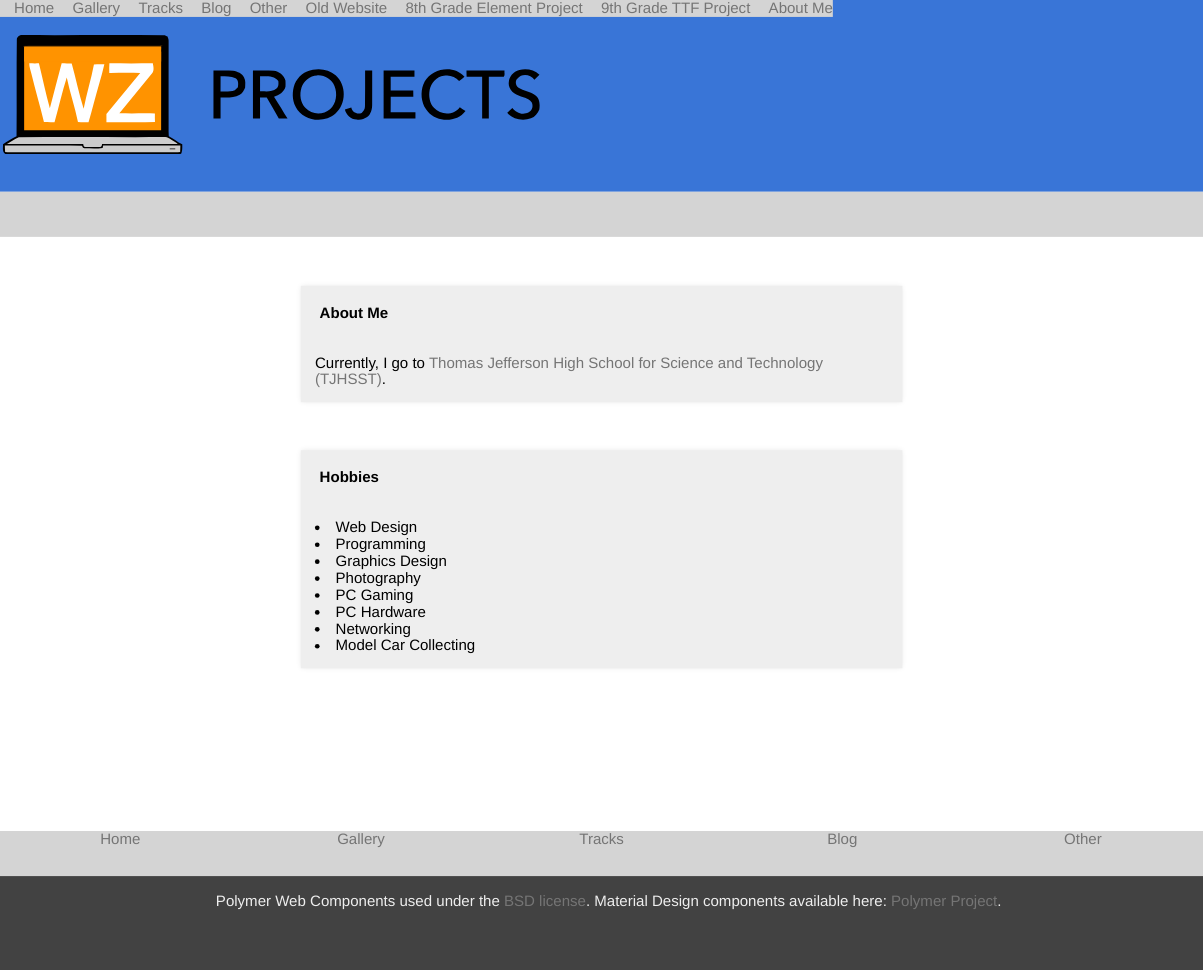
Repository: willzhang05/willzhang05.github.io-old
Page: about.html
The author's editor kept a record of every edit. The page is drawn from the files as they stood at one moment, then again after the next edit.
The browser window is 1280 px wide. The pictures show the whole page, at 94% of full size.

Above is the page before.

### about.html
<!DOCTYPE html>
<html>
	<head>
		<meta property="og:image" content="images/WZProjectslogo-vector.svg"/>
		<meta property="og:image:secure_url" content="images/WZProjectslogo-vector.svg"/>
		<meta charset="UTF-8">
		<meta name="description" content="William Zhang Projects">
		<meta name="author" content="William Zhang">
		<meta name=viewport content="width=device-width, initial-scale=1">
		<link rel="icon" type="image/png" href="images/favicon-image.png">
		<link rel="stylesheet" href="main-style.css">
		<link rel="import" href="bower_components/polymer/polymer.html">
		<link rel="import" href="bower_components/paper-ripple/paper-ripple.html">
		<link rel="import" href="bower_components/core-icons/core-icons.html">
		<link rel="import" href="bower_components/font-roboto/roboto.html">
		<link rel="import" href="bower_components/core-icon-button/core-icon-button.html">
		<link rel="import" href="bower_components/core-drawer-panel/core-drawer-panel.html">
		<link rel="import" href="bower_components/paper-elements/paper-elements.html">
		<link rel="import" href="bower_components/core-menu/core-menu.html">
		<link rel="import" href="bower_components/paper-shadow/paper-shadow.html">
	</head>
	<title>
		About - WZProjects
	</title>
	<body>
		<core-drawer-panel responsiveWidth="1920px">
			<div id="drawer" drawer>
				<paper-item>
					<a class="links" href="http://willzhang05.github.io">
						Home
					</a>
				</paper-item>
				<paper-item>
					<a class="links" href="http://willzhang05.github.io/gallery">
						Gallery
					</a>
				</paper-item>
				<paper-item>
					<a class="links" href="http://willzhang05.github.io/tracks">
						Tracks
					</a>
				</paper-item>
				<paper-item>
					<a class="links" href="http://thewiztechblog.blogspot.com/">
						Blog
					</a>
				</paper-item>
				<paper-item>
					<a class="links" href="http://willzhang05.github.io/other">
						Other
					</a>
				</paper-item>
				<paper-item>
					<a class="links" href="http://williamzhangprojects.weebly.com/">
						Old Website
					</a>
				</paper-item>
				<paper-item>
					<a class="links" href="http://aluminumelementresearchproject.weebly.com/">
						8th Grade Element Project
					</a>
				</paper-item>
				<paper-item>
					<a class="links" href="http://willzhang05.github.io/bower_components/impress.js/">
						9th Grade TTF Project
					</a>
				</paper-item>
				<paper-item>
					<a class="links" href="http://willzhang05.github.io/about">
						About Me
					</a>
				</paper-item>
	        </div>
			<div id="wrapper" main>
				<paper-shadow>
					<div id="header-wrapper">
						<div id="header-banner">
							<div id="logo-wrapper">
								<a href="http://willzhang05.github.io">
									<img src="images/WZProjectslogo-vector.svg" width="100%" height="100%" alt="WZProjects"/>
								</a>
							</div>
						</div>
						<div id="header-navbar">
							<paper-icon-button style="margin:4px" icon="menu" core-drawer-toggle>
							</paper-icon-button>
						</div>
					</div>
				</paper-shadow>
				<div id="content">
					<paper-shadow z="1">
						<div class="card">
							<h1>About Me</h1>
							<div class="description">
								Currently, I go to
								<a class="source" href="http://www.tjhsst.edu/" target="_blank">Thomas Jefferson High School for Science and Technology (TJHSST)</a>.
							</div>
							<!--<div class="description">
								Zurzeit, gehe ich zu
								<a class="source" href="http://www.tjhsst.edu/" target="_blank">Thomas Jefferson Gymnasium für Wissenschaft und Technik (TJHSST)</a>.
							</div>
							<div class="description">
								目前, 我在
								<a class="source" href="http://www.tjhsst.edu/" target="_blank">“Thomas Jefferson High School for Science and Technology" (TJHSST)</a>
								上学.
							</div>-->
						</div>
					</paper-shadow>
					<paper-shadow z="1">
						<div class="card">
							<h1>Hobbies</h1>
							<div class="description">
								<li>
									Web Design
								</li>
								<li>
									Programming
								</li>
								<li>
									Graphics Design
								</li>
								<li>
									Photography
								</li>
								<li>
									PC Gaming
								</li>
								<li>
									PC Hardware
								</li>
								<li>
									Networking
								</li>
								<li>
									Model Car Collecting
								</li>
							</div>
						</div>
					</paper-shadow>
				</div>
				<paper-shadow>
					<div id="footer">
						<paper-shadow z="1">
							<div class="categories">
								<paper-item style="width:20%; float:left; text-align:center;">
									<a class="links" href="http://willzhang05.github.io">
										Home
									</a>
								</paper-item>
								<paper-item style="width:20%; float:left; text-align:center;">
									<a class="links" href="http://willzhang05.github.io/gallery">
										Gallery
									</a>
								</paper-item>
								<paper-item style="width:20%; float:left; text-align:center;">
									<a class="links" href="http://willzhang05.github.io/tracks">
										Tracks
									</a>
								</paper-item>
								<paper-item style="width:20%; float:left; text-align:center;">
									<a class="links" href="http://thewiztechblog.blogspot.com">
										Blog
									</a>
								</paper-item>
								<paper-item style="width:20%; float:left; text-align:center;">
									<a class="links" href="http://willzhang05.github.io/other">
										Other
									</a>
								</paper-item>
							</div>
						</paper-shadow>
						<paper-shadow z="1">
							<div class="attribution">
								<br/>
								<span style="margin-left:15px; display:inline-block;">
									Polymer Web Components used under the
									<a class="source" href="http://polymer.github.io/LICENSE.txt" target="_blank">BSD license</a>.
									Material Design components available here:
									<a class="source" href="http://www.polymer-project.org/" target="_blank">Polymer Project</a>.
								</span>
							</div>
						</paper-shadow>
					</div>
				</paper-shadow>
			</div>
		</core-drawer-panel>
	</body>
</html>

### main-style.css
/*http://meyerweb.com/eric/tools/css/reset/*/

html, body, div, span, applet, object, iframe,
h2, h3, h4, h5, h6, p, blockquote, pre,
a, abbr, acronym, address, big, cite, code,
del, dfn, em, img, ins, kbd, q, s, samp,
small, strike, strong, sub, sup, tt, var,
b, u, i, center,
dl, dt, dd, ol, ul, li,
fieldset, form, label, legend,
table, caption, tbody, tfoot, thead, tr, th, td,
article, aside, canvas, details, embed,
figure, figcaption, footer, header, hgroup,
menu, nav, output, ruby, section, summary,
time, mark, audio, video {
    margin: 0;
    padding: 0;
    border: 0;
    font-size: 100%;
    font: inherit;
    vertical-align: baseline;
}

body {
	width: 100%;
	font-family: RobotoDraft, Helvetica Neue, Helvetica, sans-serif;
	-webkit-user-select: none;
    -moz-user-select: none;
    -ms-user-select: none;
    user-select: none;
    -webkit-tap-highlight-color: rgba(0,0,0,0);
    -webkit-touch-callout: none;
}

a {
	color: #757575;
	text-decoration: none;
	-webkit-transition: all 0.2s ease;
  	-moz-transition: all 0.2s ease;
  	-ms-transition: all 0.2s ease;
  	-o-transition: all 0.2s ease;
   	transition: all 0.2s ease;
}

.links:hover {
	color: black;
	font-weight: bold;
}

.source:hover {
	color: black;
	text-decoration: underline;
}

h1 {
	font-size: 16px;
	margin: 5px;
}

#drawer {
	position: absolute;
	z-index: 1;
	background-color: #D4D4D4;
}

#drawer > paper-item > .links {
	margin-left:15px;
}


#wrapper {
	min-height: 100%;
	position: relative;
	overflow-y:scroll;
    z-index: 0;
    top: 0;
    left: 0;
    -webkit-transition: all 0.3s;
    -moz-transition: all 0.3s;
    -ms-transition: all 0.3s;
    -o-transition: all 0.3s;
    transition: all 0.3s;
}

#header-wrapper {
	height:268px;
	/*background:linear-gradient(#FF6D00, rgb(57,117,215));*/
}

#header-banner {
	min-width:100%;
	max-height: 220px;
	float: left;
	clear: both;
	background-color: rgb(57,117,215);
}

#logo-wrapper {
	max-width:640px;
	height:100%;
}

#header-navbar {
	min-width:100%;
	height: 48px;
	float:left;
	clear: both;
	background-color:#D4D4D4 /*#1976D2*/;
	/*-webkit-box-shadow: 0 0 6px rgba(0,0,0,0.1);
	box-shadow: 0 0 6px rgba(0,0,0,0.1);*/
}

.sidebar {
	height: 500px;
	float: left;
	margin-bottom: 0px;
	background-color: #EEEEEE;
	/*-webkit-box-shadow: 0 0 6px rgba(0,0,0,0.1);
	box-shadow: 0 0 6px rgba(0,0,0,0.1);*/
	overflow-y: auto;
	position: relative;
}

#content {
	overflow: hidden;
	padding-top: 10px;
   	padding-bottom: 148px;
}

.card {
	cursor: pointer;
	width: 50%;
	margin-top: 2%;
	margin-bottom: 2%;
	margin-left: 25%;
	float: left;
	overflow: hidden;
	background-color: #EEEEEE;
	-webkit-box-shadow: 0 0 6px rgba(0,0,0,0.1);
	box-shadow: 0 0 6px rgba(0,0,0,0.1);
	-webkit-transition: all 0.3s ease;
  	-moz-transition: all 0.3s ease;
  	-ms-transition: all 0.3s ease;
  	-o-transition: all 0.3s ease;
   	transition: all 0.3s ease;

}

.card > h1 {
	padding: 15px;
}

.card:hover {
	box-shadow: 0 2px 10px 0 rgba(0, 0, 0, 0.16), 0 2px 5px 0 rgba(0, 0, 0, 0.26);
	margin-top: 1.75%;
	margin-bottom: 2.25%;
}

.card .description {
	padding: 15px;
}

.card .image, .video, .music {
	padding-left: 17.5%;
	padding-right: 17.5%;
	border:none;
}

#footer {
	width: 100%;
	height: 148px;
	overflow: hidden;
	clear: both;
	bottom: 0;
	left: 0;
}

.categories {
	width: 100%;
	height: 48px;
	overflow: hidden;
	background-color: #D4D4D4;
	/*-webkit-box-shadow: 0 0 6px rgba(0,0,0,0.1);
	box-shadow: 0 0 6px rgba(0,0,0,0.1);*/
	/*position:fixed;
	top:95%;*/
}

.attribution {
	width: 100%;
	height: 100px;
	overflow: hidden;
	background-color: #424242;
	color: #EEEEEE;
	text-align: center;
}

.test {
	color: black;
}

After the next edit:
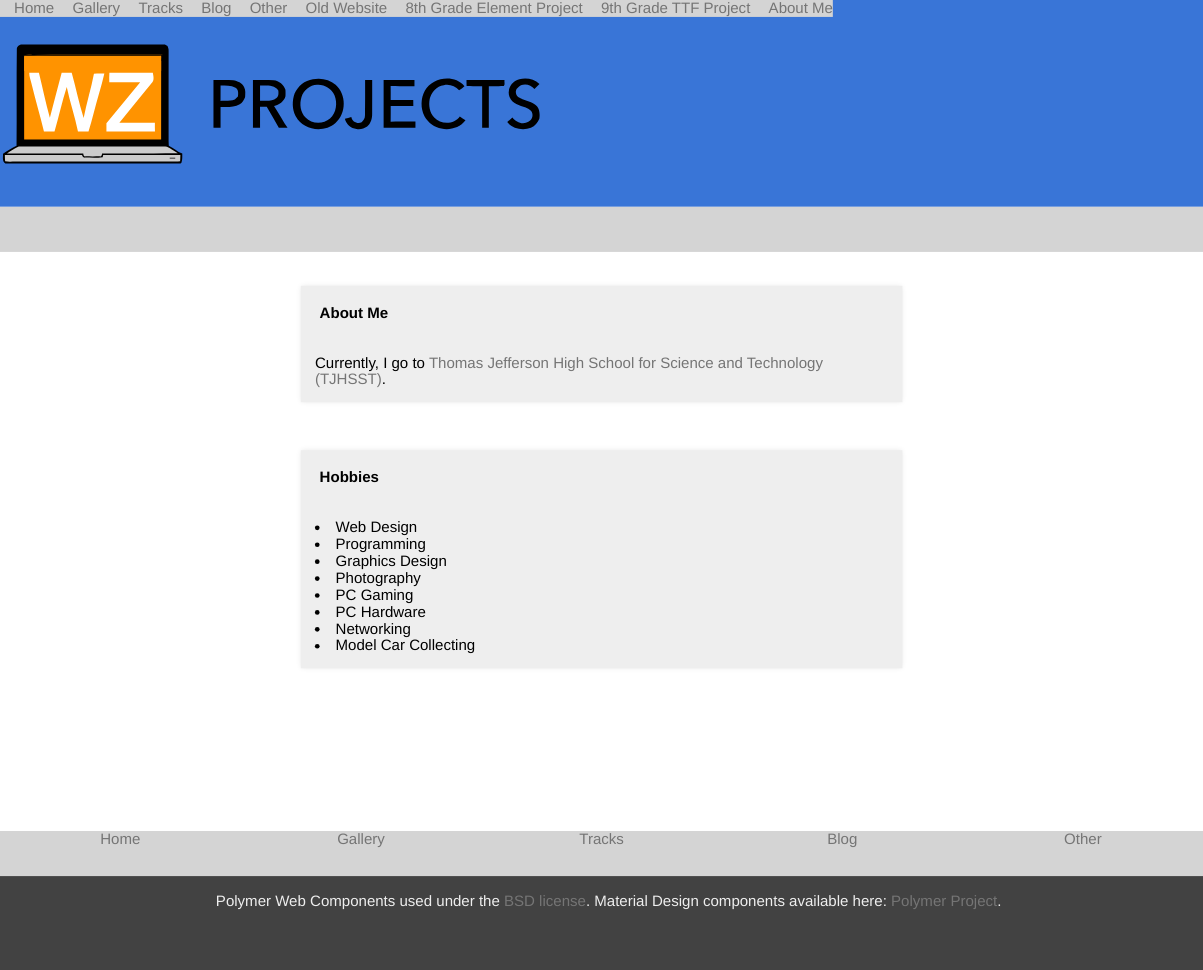
The edit:
--- a/main-style.css
+++ b/main-style.css
@@ -89,7 +89,7 @@
 
 #header-banner {
 	min-width:100%;
-	max-height: 220px;
+	height: 220px;
 	float: left;
 	clear: both;
 	background-color: rgb(57,117,215);
